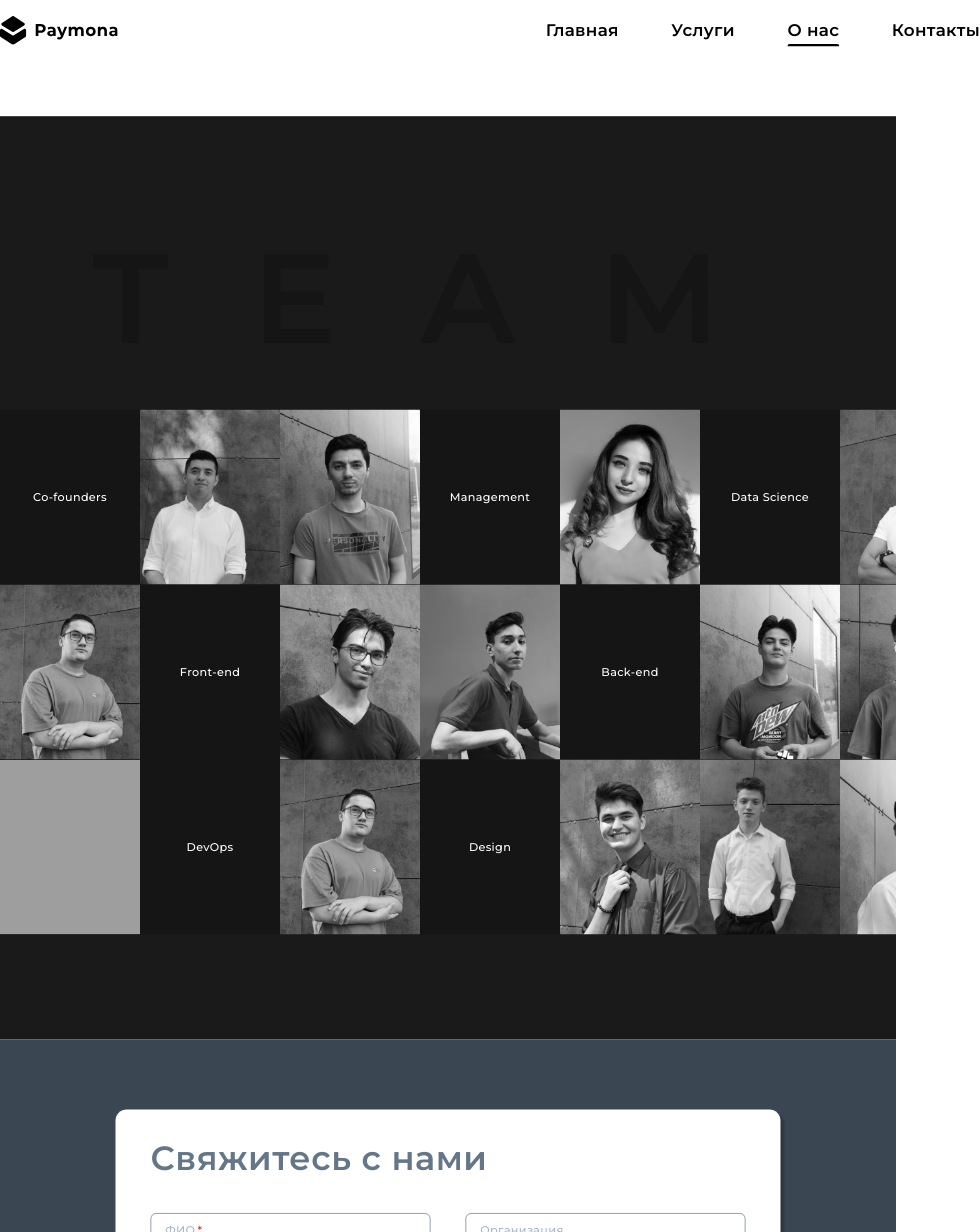
Repository: DalerAlyamov/paymona
Page: /about-us
The author's editor kept a copy of each file at every save. The page is drawn from the files as they stood at one save, then again after a run of saves.
The browser window is 1280 px wide. The page is 1400 px wide, so the pictures cover 1400 px, including what lies to the right of the window. The pictures show the part of the page from y = 0 to 1760 px (the page is 2753 px tall), at 70% of full size.
Pictures or frames that could not be fetched are drawn as grey boxes. The project was rebuilt for these pictures with package versions that can differ from the ones it lists, and the page was loaded fresh each time. Also part of the build but not shown: src/icons/Home.js, src/icons/HeadsetMic.js, src/icons/Person.js, src/icons/Work.js, src/icons/ExpandMore.js, src/icons/ArrowForwardIos.js, src/icons/Search.js, src/icons/FilterList.js and 19 more.

Above is the page before, as saved 2021-09-13 15:28:24.

### src/index.js
import React from 'react'
import ReactDOM from 'react-dom'
import './styles/global.sass'
import App from './App'
import { BrowserRouter as Router } from 'react-router-dom'

ReactDOM.render(
  <Router>
    <App />
  </Router>,
  document.getElementById('root')
)

### src/styles/global.sass
@import url('https://fonts.googleapis.com/css2?family=Montserrat:wght@100;200;300;400;500;600;700;800;900&display=swap')

*
  margin: 0
  padding: 0
  font-family: 'Montserrat', sans-serif
  box-sizing: border-box
  list-style: none
  text-decoration: none
  outline: none
  border: none
  background: none
  font-size: 1rem
  font-weight: 500
  letter-spacing: 0.03rem
  user-select: none
  resize: none

html, body
  overflow-x: hidden
  scroll-behavior: smooth

a
  color: #000
  &:hover, &:active
    color: #000

button, button *
  cursor: pointer

@mixin container
  width: 1400px
  margin: 0 auto

### src/App.js
import React from 'react'
import { Switch, Route } from 'react-router-dom'
import Header from './components/Header/Header'
import Home from './pages/Home'
import DataManagement from './pages/DataManagement'
import Services from './pages/Services'
import BI from './pages/BI'
import ML from './pages/ML'
import DataScience from './pages/DataScience'
import About from './pages/About'
import Footer from './components/Footer/Footer'
import ContactPage from './pages/ContactPage'

const App = () => {
  return (
    <>
      <Header />
      <Switch>
        <Route path='/data-science'>
          <DataScience />
        </Route>
        <Route path='/ml'>
          <ML />
        </Route>
        <Route path='/bi'>
          <BI />
        </Route>
        <Route path='/about-us'>
          <About />
        </Route>
        <Route path='/contacts'>
          <ContactPage />
        </Route>
        <Route path='/data-management'>
          <DataManagement />
        </Route>
        <Route path='/services'>
          <Services />
        </Route>
        <Route path='/'>
          <Home />
        </Route>
      </Switch>
      <Footer/>
    </>
  )
}

export default App

### src/pages/About.js
import React from 'react'
import styles from './page.module.sass'
import AboutCom from '../components/About/About'
import Login from '../components/Login/Login'

const About = () => {
  return (
    <div className={styles.root}>

      <AboutCom/>

      <Login isDark />

    </div>
  )
}

export default About

### src/components/Header/Header.module.sass
@import '../../styles/global'

.root
  position: absolute
  top: 0
  left: 0
  width: 100%
  padding: 23px 0

.container
  display: flex
  align-items: center
  justify-content: space-between
  @include container

.logo
  display: flex
  align-items: center
  justify-content: center
  path
    color: #000

.nav
  display: flex
  align-items: center
  justify-content: flex-end
  gap: 75px

.link
  font-size: 1.5rem
  font-weight: 600
  position: relative
  &::after
    content: ''
    position: absolute
    top: calc(100% + 5px)
    left: 50%
    transform: translateX(-50%)
    width: 0
    height: 0px
    background: #000
    transition: 100ms ease-in-out
  &:hover
    &::after
      width: 100%
      height: 3px
      border-radius: 50px 50px 0 0

.link--active
  &::after
    width: 100%
    height: 3px
    border-radius: 50px 50px 0 0

### src/icons/index.js
import Logo from './Logo'
import Home from './Home'
import HeadsetMic from './HeadsetMic'
import Person from './Person'
import Work from './Work'
import ExpandMore from './ExpandMore'
import ArrowForwardIos from './ArrowForwardIos'
import Search from './Search'
import FilterList from './FilterList'
import KeyboardDown from './KeyboardDown'
import MoreVert from './MoreVert'
import CheckBox from './CheckBox'
import CheckBoxOutlineBlank from './CheckBoxOutlineBlank'
import Close from './Close'
import KeyboardArrowRight from './KeyboardArrowRight'

export {
  Logo,
  Home,
  HeadsetMic,
  Person,
  Work,
  ExpandMore,
  ArrowForwardIos,
  Search,
  FilterList,
  KeyboardDown,
  MoreVert,
  CheckBox,
  CheckBoxOutlineBlank,
  Close,
  KeyboardArrowRight
}

### src/pages/page.module.sass
@import '../styles/global'

.root
  padding-top: 166px

### src/components/About/About.js
import React from 'react'
import styles from './About.module.sass'
import Daler from '../../images/Daler.jpg'
import Aki_parviz from '../../images/Aki_parviz.jpg'
import Amin from '../../images/Amin.jpg'
import amir from '../../images/amir.jpg'
import Azim from '../../images/Azim.jpg'
import ikbol from '../../images/ikdol.jpg'
import sara from '../../images/sara.jpg'
import kama from '../../images/kama.jpg'
import jacob from '../../images/jacob.jpg'
import parviz from '../../images/parviz.jpg'
import parviz_designer from '../../images/parviz_designer.jpg'
import tavhid from '../../images/tavhid.jpg'
import sol from '../../images/sol.jpg'
import manucgekhr from '../../images/manucgekhr.jpg'

const About = () => {
  return (
    <div className={styles.root}>
      <div className={styles.title}>
        TEAM
      </div>

      <div className={styles.container}>
        <div className={styles.gridBlocks}>
          <Block
            isType
            title='Co-founders'
          />
          <Block
            img={Aki_parviz}
            position='Генеральный директор '
            name='Парвиз Усмонзода'
          />
          <Block
            img={manucgekhr}
            position='Директор по информационным технологиям '
            name='Манучехр Гаффорзода'
          />
          <Block
            isType
            title='Management'
          />
          <Block
            img={sara}
            position='Офис менеджер'
            name='Каюмова Сарвиноз'
          />
            <Block
              isType
              title='Data Science'
            />
          <Block
            img={parviz}
            position='Инженер машинного обучения '
            name='Парвиз Исаев'
          />
          <Block
            img={tavhid}
            position='Младший инженер машинного обучения '
            name='Тавхид Ибодуллоев'
          />
          <Block
            isType
            title='Front-end'
            />
          <Block
            img={Daler}
            position='Старший разработчик'
            name='Далер Алямов'
          />
          <Block
            img={Amin}
            position='Младший разработчик '
            name='Амин Мирзоев'
          />
          <Block
            isType
            title='Back-end'
          />
          <Block
            img={kama}
            position='Старший разработчик'
            name='Комрон Иброхимов '
          />
          <Block
            img={ikbol}
            position='Младший разработчик '
            name='Икбол Исматзода'
          />
          <Block
            img={amir}
            position='Младший разработчик'
            name='Амир Арифджанов'
          />
          <Block
            isType
            title='DevOps'
          />
          <Block
            img={jacob}
            position='Старший инженер'
            name='Яъкуб Ахмедов'
          />
          <Block
            isType
            title='Design'
          />
          <Block
            img={sol}
            position='Петух'
            name='Солор Ибодуллоев'
          />
          <Block
            img={parviz_designer}
            position='Старший дизайнер'
            name='Парвиз Курбонов'
          />
          <Block
            img={Azim}
            position='Младший дизайнер'
            name='Азим Арифджанов'
          />

        </div>
      </div>

    </div>
  )
}

const Block = ({
  isType=false,
  img,
  title,
  position,
  name
}) => {
  return (
    <div className={styles.block}>
      <div className={styles.item}>
        {isType === true &&
          <>
            <span className={styles.bookTitle}>
              {title}
            </span>
          </>
        }
         {isType === false &&
          <>
           <div className={styles.wrap}>
              <img src={img} className={styles.img} alt="" />
              <div className={styles.hoverBlock}>
                <span className={styles.name}>
                  {name}
                </span>
                <span className={styles.position}>
                  {position}
                </span>
              </div>
           </div>
          </>
        }
      </div>
    </div>
  )
}

export default About

### src/components/Footer/Footer.module.sass
@import '../../styles/global'

.root
  width: 100%
  height: 335px
  background: #647789

.container
  @include container
  display: flex
  justify-content: space-around

.sub
  padding: 30px 0 0 0
  display: flex
  flex-direction: column
  height: 100%


.title
  color: #EDF1F5
  font-size: 24px
  letter-spacing: 0.05rem
  line-height: 29.26px
  font-weight: 600
  padding: 0 0 20px 0

.block
  width: 542px
  padding-top: 30px
  display: flex
  justify-content: space-between

.input
  background: #EDF1F5
  width: 277px
  height: 40px
  font-size: 16px
  padding-left: 10px
  &::placeholder
    font-size: 14px


.btn
  border: 1px solid #EDF1F5
  color: #EDF1F5
  padding: 9px 40px

.security
  height: 100%
  display: flex
  align-items: flex-end
  padding-bottom: 30px
  color: #EDF1F5
  font-size: 18px
  letter-spacing: 0.05rem
  line-height: 21.94px

.services
  height: 100%
  padding: 30px 0 0 0
  display: flex
  flex-direction: column
  justify-content: flex-start

.servicesItems
  text-align: start
  padding: 0 0 16px 0
  font-size: 18px
  letter-spacing: 0.05rem
  font-weight: 600
  line-height:  21.94px
  color: #EDF1F5
  &:hover
    color: #EDF1F5
    text-decoration: underline

.AboutCompany
  height: 100%
  padding: 30px 0 0 0
  display: flex
  flex-direction: column
  justify-content: flex-start

### src/components/Performance/Performance.module.sass
@import '../../styles/global'

.root
  min-height: 100vh
  padding-top: 166px

.container
  position: relative
  @include container
  height: 636px

.panel_hd
  position: absolute
  top: 0
  left: 0

.perfomance_vector
  position: absolute
  right: 100px
  top: 50px
  z-index: 10

.content
  left: 100px
  top: 80px
  position: absolute
  z-index: 10
  display: flex
  align-items: flex-start
  flex-direction: column

.title
  font-size: 3rem
  margin-bottom: 70px

.description
  margin-bottom: 50px
  line-height: 24px
  letter-spacing: 0.06rem

.button
  display: inline-block
  padding: 18px 34px
  background: #647789
  border-radius: 8px
  color: #fff
  transition: 70ms linear
  &:hover
    background: darken(#647789, 5%)
    color: #fff
  &:active
    background: darken(#647789, 10%)
    color: #fff

.down_btn
  position: absolute
  z-index: 10
  left: 50%
  bottom: 24px
  transform: translateX(-50%)
  background: #fff
  padding: 63px 38px
  border-radius: 50px
  path
    color: #000

### src/components/AboutUs/AboutUs.module.sass
@import '../../styles/global'

.root
  margin: 80px 0 190px 0
  position: relative
  height: 1440px

.container
  position: relative
  @include container
  height: 636px

.panel_hd
  z-index: 10
  position: absolute
  top: 0
  left: 0
  width: 100%
  height: 455px !important

.sec_panel_hd
  position: absolute
  top: 20px
  left: 0
  width: 100%
  height: 1463px !important

.content
  width: 100%
  z-index: 1000
  left: 0
  top: 93px
  position: absolute
  display: flex
  align-items: flex-start
  flex-direction: column

.title
  font-size: 38px
  margin-bottom: 30px
  font-weight: 600

.text
  font-weight: 500
  font-size: 18px
  width: 420px
  letter-spacing: 5%
  line-height: 38px

.text2
  font-weight: 500
  font-size: 18px
  width: 701px
  letter-spacing: 5%
  line-height: 38px

.text3
  font-weight: 500
  font-size: 18px
  width: 600px
  letter-spacing: 5%
  line-height: 38px

.righgtTerxt
  width: 100%
  display: flex
  justify-content: flex-end

.Selecting_team
  position: absolute
  right: 100px
  top: 230px
  z-index: 20

.Coworking
  position: absolute
  left: 0
  top: 880px
  z-index: 20

.about
  width: 180px
  justify-content: space-between
  margin-top: 120px
  display: flex
  align-items: center
  font-size: 36px
  font-weight: 600
  margin-bottom: 40px

hr
  width: 45px
  height: 1px
  background: #000

### src/components/Services/Services.module.sass
@import '../../styles/global'

.root
  background: #647789
  margin-bottom: 530px
  border-radius: 20px
  padding-top: 20px

.container
  position: relative
  width: 100%
  min-height: 1500px
  @include container

.road_map_png
  position: absolute
  left: 0
  top: 50px

.worlspace_amico
  position: absolute
  bottom: 250px
  right: 200px

.title
  display: inline-block
  margin: 50px 0
  color: #EDF1F5
  font-size: 3.375rem
  font-weight: 600
  line-height: 58px

.description
  color: #DCE1E9
  font-size: 2.25rem
  font-weight: 600
  letter-spacing: 0.06rem
  line-height: 43px

.point
  position: absolute
  display: flex
  flex-direction: column
  justify-content: flex-start

.point__title
  color: #fff
  font-size: 2.25rem
  margin-bottom: 14px

.point__description
  max-width: 320px
  font-size: 1.125rem
  color: #DCE1E9

.point_1
  top: 180px
  left: 715px

.point_2
  top: 490px
  left: 715px

.point_3
  top: 690px
  left: 0px

.point_4
  top: 1015px
  left: 100px

.services_list
  background: #fff
  border-radius: 20px
  padding: 50px 100px
  position: absolute
  top: calc(100% - 200px)
  left: 50%
  transform: translateX(-50%)
  display: flex
  justify-content: space-between
  gap: 180px
  box-shadow: 0px 8px 4px rgba(0, 0, 0, 0.12)

.services_list__title
  font-size: 3rem
  color: #000
  margin-bottom: 60px
  display: inline-block

.services_list__list
  display: flex
  flex-direction: column
  justify-content: space-between
  svg
    transition: 100ms linear

.services_list__link
  width: 530px
  flex-grow: 1
  display: flex
  justify-content: space-between
  align-items: center
  span
    max-width: 400px
    font-size: 1.5rem
    font-weight: 600
  &:hover
    text-decoration: underline
    svg
      transform: translateX(10px)
      transition: 100ms linear

### src/components/Login/Login.module.sass
@import '../../styles/global'

.root
  position: relative
  padding-top: 100px
  padding-bottom: 100px
  display: flex
  align-items: center
  justify-content: center

.root--dark
  background: #3A4753

.rectangle
  position: absolute
  width: 100%
  top: 0
  left: 0

.panel
  display: inline-block
  padding: 40px 50px
  border-radius: 16px
  position: relative
  z-index: 100
  margin: 0 auto
  background: #fff
  box-shadow: 5px 5px 4px rgba(0, 0, 0, 0.25)

.title
  font-size: 3rem
  letter-spacing: 0.05rem
  text-align: center
  color: #647789
  font-weight: 600
  margin-bottom: 50px
  display: inline-block

.wrap
  display: flex
  align-items: flex-start
  justify-content: space-between
  gap: 50px
  flex-wrap: wrap
  width: 100%

.input
  margin-bottom: 40px

.input_title
  font-size: 1.125rem
  font-weight: 600
  letter-spacing: 0.05rem

.required_star
  display: inline-block
  margin-left: 3px
  color: #d42f2f
  margin-bottom: 15px

.textarea
  width: 100%
  border-radius: 12px
  border: 1px solid #000
  padding: 12px 16px

.send_btn
  width: 100%
  padding: 18px 0
  border-radius: 11px
  color: #fff
  margin-top: 40px
  transition: 100ms linear
  background: #647789
  &:hover
    background: darken(#647789, 6%)
  &:active, &:focus
    background: darken(#647789, 13%)

### src/components/GoogleInput/GoogleInput.js
import React, { useState } from 'react'
import classNames from 'classnames'
import styles from './GoogleInput.module.sass'

const GoogleInput = ({
  className,
  placeholder,
  value='',
  setValue,
  required=false
}) => {

  const [focused, setFocused] = useState(false)

  return (
    <div
      className={classNames(
        className,
        styles.root,
        (focused || value.trim() !== '') && styles['root--focused']
      )}
    >

      <span className={styles.placeholder}>
        {placeholder}
        {required &&
          <span className={styles.required_star}>*</span>
        }
      </span>

      <input
        type="text"
        value={value}
        className={styles.input}
        onChange={e => setValue(e.target.value)}
        onFocus={() => setFocused(true)}
        onBlur={() => setFocused(false)}
      />

    </div>
  )
}

export default GoogleInput

### src/components/OurDignity/OurDignity.module.sass
@import '../../styles/global'

.root
  width: 100%
  background: #647789
  border-radius: 20px
  padding: 50px 0
  margin-bottom: 150px

.container
  @include container

.title
  color: #EDF1F5
  font-size: 3rem
  font-weight: 600
  letter-spacing: 0.05rem

.blocks
  display: grid
  grid-template-columns: 1fr 1fr 1fr
  grid-template-rows: 1fr 1fr

.block
  padding: 45px
  display: flex
  flex-direction: column
  justify-content: flex-start
  align-items: flex-start

.block__vector
  margin-bottom: 15px

.block__title
  color: #EDF1F5
  letter-spacing: 0.05rem
  font-size: 2rem

.block__text
  color: #EDF1F5
  font-size: 1rem
  letter-spacing: 0.05rem
  max-width: 380px
  margin-top: 15px
  line-height: 24px

.block_1
  border-bottom: 1px dashed #fff

.block_2
  border-bottom: 1px dashed #fff
  border-right: 1px dashed #fff
  border-left: 1px dashed #fff

.block_3
  border-bottom: 1px dashed #fff

.block_5
  border-right: 1px dashed #fff
  border-left: 1px dashed #fff

### src/components/SinglePapeComponent/SinglePapeComponent.module.sass
@import '../../styles/global'

.root
  min-height: 90vh

.container
  @include container
  position: relative

.rectangle
  position: absolute
  top: 0
  left: 0
  width: 100%

.headling
  position: absolute
  top: 50px
  left: 100px
  display: flex
  flex-direction: column
  justify-content: flex-start

.vector
  position: absolute
  right: 100px
  top: 20px

.title
  font-size: 3rem
  font-weight: 600

.button
  width: 250px
  padding: 15px 0
  border-radius: 8px
  color: #fff
  margin-top: 30px
  transition: 100ms linear
  text-align: center
  background: #3A4753
  &:hover
    background: darken(#3A4753, 6%)
    color: #fff
  &:active, &:focus
    background: darken(#3A4753, 13%)

.text
  padding-top: 440px
  margin-left: 100px
  font-size: 1.5rem
  font-weight: 600
  letter-spacing: 0.05rem
  color: #263238

### src/components/About/About.module.sass
@import '../../styles/global'

.root
  width: 100vw
  background: #1a1a1a
  padding-bottom: 150px

.hr
  width: 100%
  display: flex
  justify-content: center

.title
  font-size: 180px
  display: flex
  justify-content: center
  padding-top: 150px
  font-weight: 600
  letter-spacing: 120px
  color: #151515
  margin-bottom: 50px

.gridBlocks
  display: grid
  grid-template-columns: 1fr 1fr 1fr 1fr 1fr 1fr 1fr

.container
  @include container

.block
  background: #151515

.bookTitle
  text-align: center
  height: 250px
  width: 100%
  color: #fff
  display: flex
  justify-content: center
  align-items: center

.wrap
  position: relative
  height: 250px
  display: flex
  align-items: center
  justify-content: center
  overflow: hidden
  &:hover
   .hoverBlock
      opacity: 1

.img
  position: absolute
  top: 0
  left: 0
  width: 100%
  height: 100%
  object-position: center
  object-fit: cover

.hoverBlock
  display: flex
  opacity: 0
  width: 100%
  height: 100%
  justify-content: flex-end
  align-items: flex-start
  flex-direction: column
  background: #00000075
  padding: 15px
  z-index: 100
  transition: 300ms ease-in-out

.name
  color: #fff
  font-size: 18px
  font-weight: 600

.position
  color: #afafaf
  font-weight: 600
  font-size: 12px

### src/components/Contact/Contact.module.sass
@import '../../styles/global'

.root

.container
  min-height: 100vh
  @include container
  display: flex
  justify-content: space-around
  align-items: center

.country
    display: flex
    flex-direction: column

.title
    font-size: 34px
    font-weight: 600
    letter-spacing: 5%
    line-height: 30px
    color: #F35044
    padding-bottom: 40px
.desc
  font-size: 18px
  padding-bottom: 15px

### src/icons/SvgTemplate.js
import styled from 'styled-components'

export default styled.svg.attrs({
  version: '1.1',
  xmlns: 'http://www.w3.org/2000/svg',
  xmlnsXlink: 'http://www.w3.org/1999/xlink',
})``

### src/components/GoogleInput/GoogleInput.module.sass
@import '../../styles/global'

.root
  width: 400px
  border-radius: 8px
  height: 50px
  border: 1px solid #647789
  display: flex
  align-items: center
  justify-content: flex-start
  position: relative

.root--focused
  border-color: #7E96C1
  .placeholder
    font-size: 0.75rem
    transform: translate(-2px, -200%)
    background: rgba(#FFFFFF, 1)
    color: #7E96C1

.placeholder
  transition: 100ms linear
  font-weight: 500
  position: absolute
  top: 50%
  left: 16px
  transform: translateY(-50%)
  color: #A7B6CB
  pointer-events: none
  background: rgba(#FFFFFF, 0)
  padding: 0 4px

.input
  width: 100%
  height: 100%
  padding: 18px 16px

.required_star
  display: inline-block
  margin-left: 3px
  color: #d42f2f

Loaded but not shown: public/index.html (common file); src/icons/Logo.js (65 lines, source omitted); src/components/Login/Login.js (107 lines, source omitted); src/components/Footer/Footer.js (39 lines, source omitted); src/components/Header/Header.js (58 lines, source omitted)

After the next 3 saves:
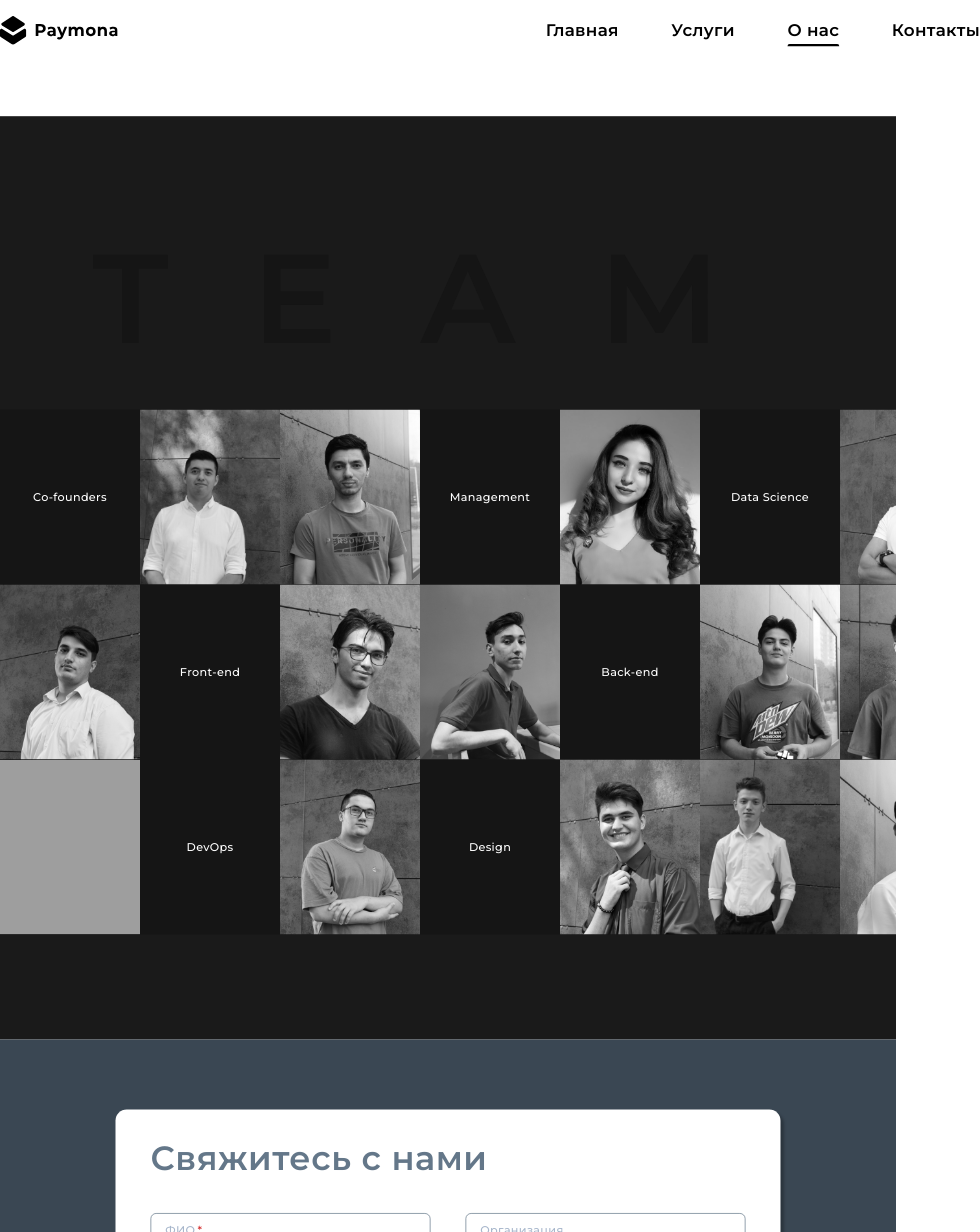
The 3 saves are shown as one change because 1 did not build or start and some came seconds apart.
The last was saved 3 h 24 min later.
--- a/src/components/About/About.js
+++ b/src/components/About/About.js
@@ -11,7 +11,7 @@ import kama from '../../images/kama.jpg'
 import jacob from '../../images/jacob.jpg'
 import parviz from '../../images/parviz.jpg'
 import parviz_designer from '../../images/parviz_designer.jpg'
-import tavhid from '../../images/tavhid.jpg'
+import tavhi from '../../images/tavhi.jpg'
 import sol from '../../images/sol.jpg'
 import manucgekhr from '../../images/manucgekhr.jpg'
 
@@ -57,7 +57,7 @@ const About = () => {
             name='Парвиз Исаев'
           />
           <Block
-            img={tavhid}
+            img={tavhi}
             position='Младший инженер машинного обучения '
             name='Тавхид Ибодуллоев'
           />
